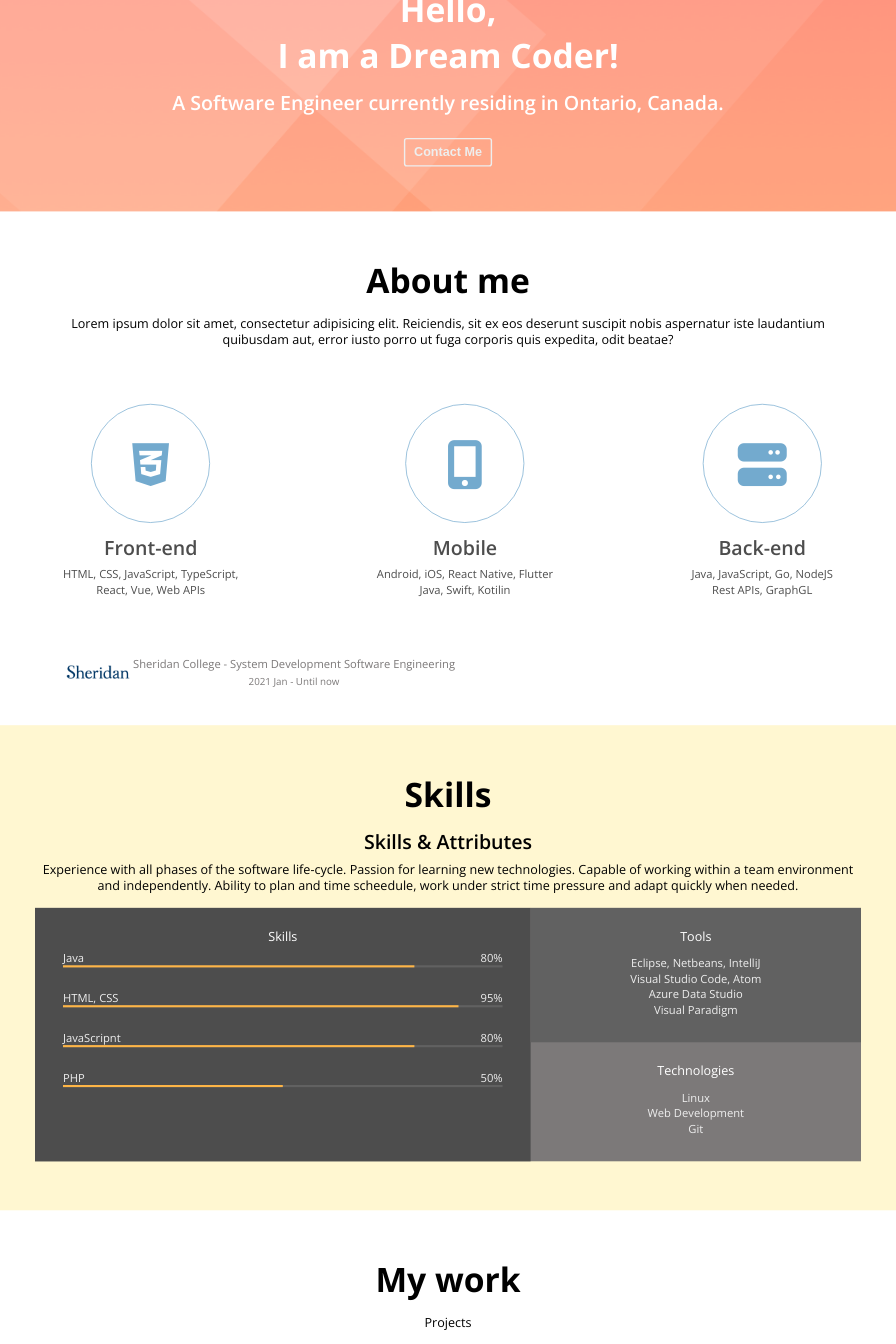
Repository: jennyjjung/portfolio.v0
Page: index.html
An editor plug-in stored every save of this project. The page is shown before and after the next save, followed by the edit.
The browser window is 1280 px wide. The pictures show the part of the page from y = 410 to 2330 px (the page is 4039 px tall), at 70% of full size.
Some web libraries are served in a nearby version.

Above is the page before, as saved 2022-02-28 11:59:16.

After the next save:
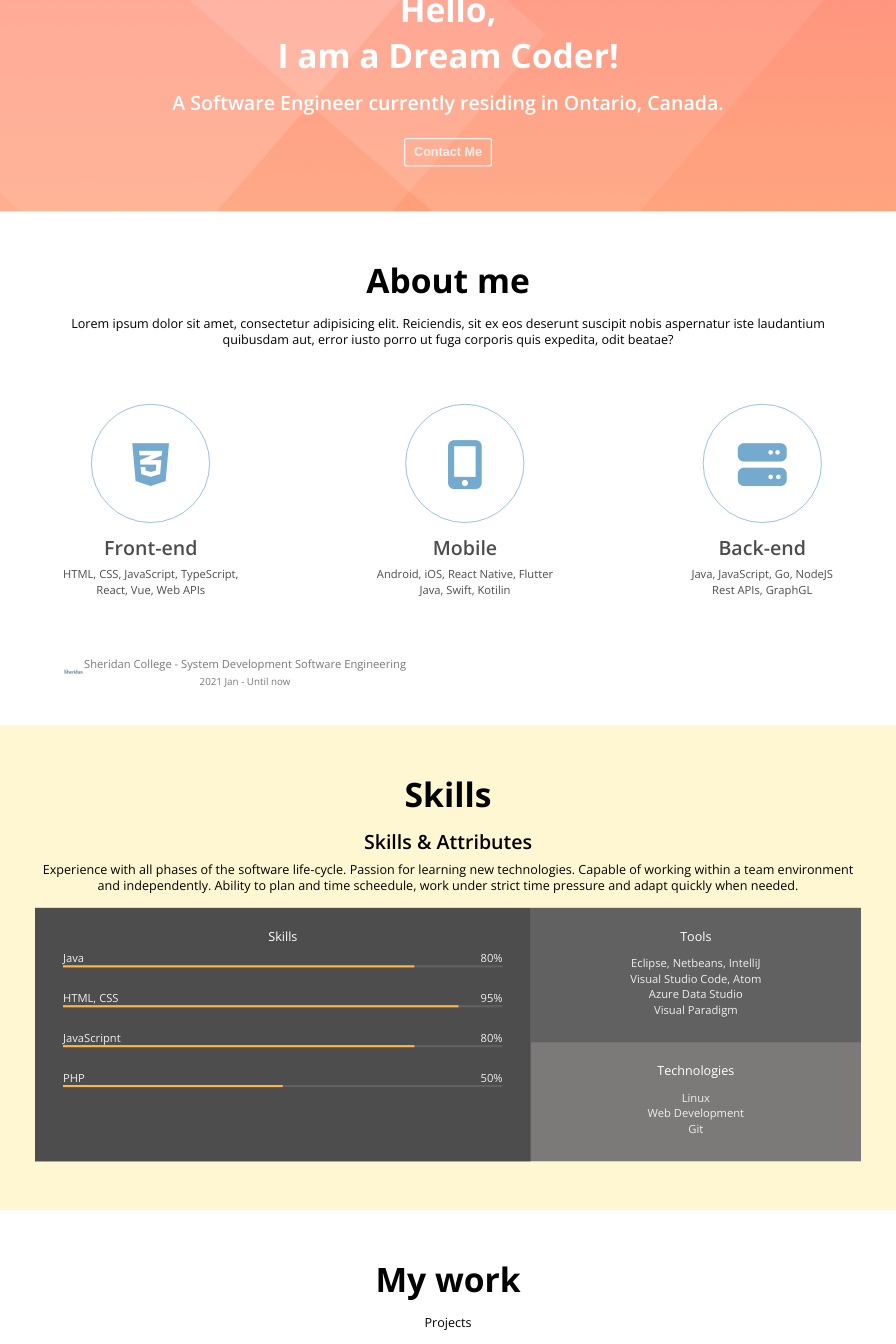
Saved 8 s later.
--- a/style.css
+++ b/style.css
@@ -234,7 +234,7 @@ p {
 }
 
 .org img {
-  width: 100px;
+  width: 30px;
 }
 
 .org__description {
